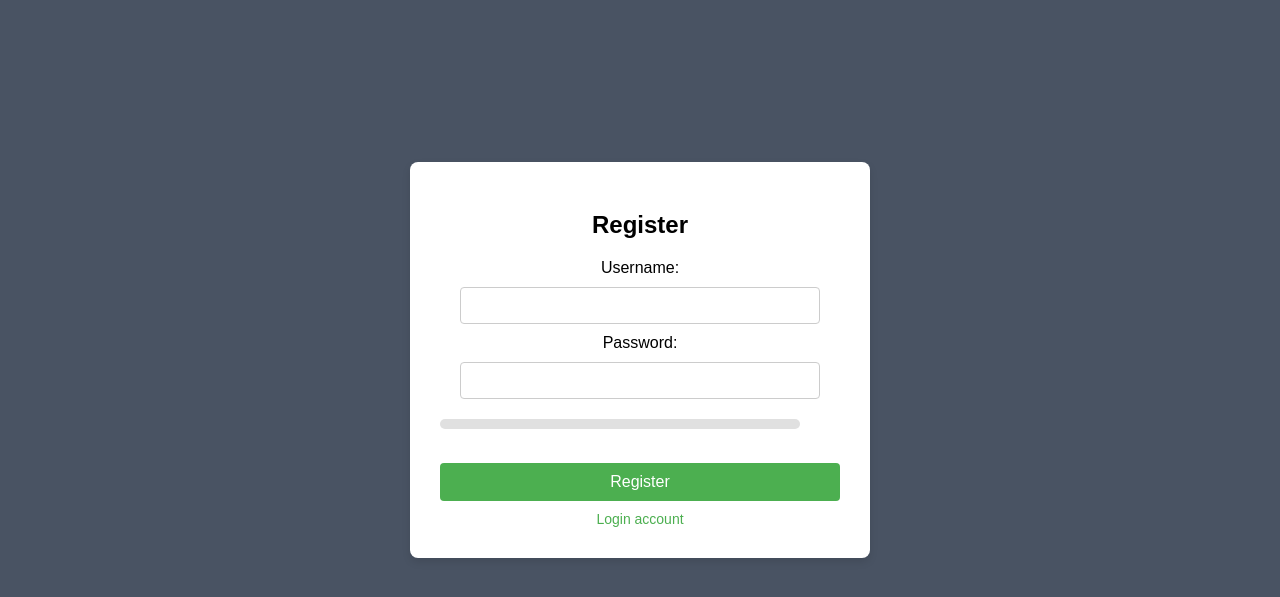
Repository: wolvicjohn/argon2
Page: http://localhost/register.php
The author's editor kept a copy of each file at every save. The page is drawn from the files as they stood at one save, then again after the next save.
The browser window is 1280 px wide. The pictures show the whole page.
The page is run by PHP 8.4 with error messages shown; the project is at /var/www/html/.

Above is the page before, as saved 2024-10-18 01:18:28.

### register.php
<?php
// Database connection
$host = 'localhost';
$db = 'argon2_auth';
$user = 'root';  // or your DB username
$pass = '';      // or your DB password

$dsn = "mysql:host=$host;dbname=$db;charset=utf8mb4";
$options = [
    PDO::ATTR_ERRMODE => PDO::ERRMODE_EXCEPTION,
    PDO::ATTR_DEFAULT_FETCH_MODE => PDO::FETCH_ASSOC,
];

try {
    $pdo = new PDO($dsn, $user, $pass, $options);
} catch (PDOException $e) {
    die("Database connection failed: " . $e->getMessage());
}

if ($_SERVER['REQUEST_METHOD'] === 'POST') {
    $username = $_POST['username'];
    $password = $_POST['password'];

    // Check if the username is already taken
    $stmt = $pdo->prepare('SELECT id FROM users WHERE username = ?');
    $stmt->execute([$username]);
    if ($stmt->fetch()) {
        die('Username is already taken');
    }

    // Hash the password using Argon2
    $passwordHash = password_hash($password, PASSWORD_ARGON2ID);

    // Insert the new user into the database
    $stmt = $pdo->prepare('INSERT INTO users (username, password_hash) VALUES (?, ?)');
    $stmt->execute([$username, $passwordHash]);

    echo "User registered successfully!";
}
?>

<!DOCTYPE html>
<html lang="en">

<head>
    <meta charset="UTF-8">
    <title>Register</title>
    <link rel="stylesheet" href="styles.css">
</head>

<body>

    <div class="container">
        <h2>Register</h2>
        <form action="register.php" method="POST">
            <label for="username">Username:</label><br>
            <input type="text" name="username" id="username" required><br>

            <label for="password">Password:</label><br>
            <input type="password" name="password" id="password" required><br>

            <div class="password-strength">
                <div class="strength-bar" id="strength-bar"></div>
            </div>
            <p id="strength-text"></p><br>

            <button type="submit">Register</button>
            <a href="login.php" class="button">Login account</a>
        </form>
    </div>

    <script>
        const passwordInput = document.getElementById('password');
        const strengthBar = document.getElementById('strength-bar');
        const strengthText = document.getElementById('strength-text');

        passwordInput.addEventListener('input', () => {
            const strength = calculateStrength(passwordInput.value);
            updateStrengthMeter(strength);
        });

        function calculateStrength(password) {
            let strength = 0;

            if (password.length >= 8) strength++;
            if (/[A-Z]/.test(password)) strength++;
            if (/[a-z]/.test(password)) strength++;
            if (/[0-9]/.test(password)) strength++;
            if (/[^A-Za-z0-9]/.test(password)) strength++;

            return strength;
        }

        function updateStrengthMeter(strength) {
            strengthBar.className = '';

            if (strength <= 1) {
                strengthBar.style.width = '20%';
                strengthBar.classList.add('strength-weak');
                strengthText.textContent = 'Weak';
            } else if (strength <= 3) {
                strengthBar.style.width = '60%';
                strengthBar.classList.add('strength-medium');
                strengthText.textContent = 'Medium';
            } else {
                strengthBar.style.width = '100%';
                strengthBar.classList.add('strength-strong');
                strengthText.textContent = 'Strong';
            }
        }
    </script>
</body>

</html>

### styles.css
/* styles.css */

/* Global Styling */
body {
    font-family: 'Arial', sans-serif;
    background-color: #495363;
    margin: 0;
    padding: 0;
    display: flex;
    justify-content: center;
    align-items: center;
    height: 100vh;
}

.container {
    background-color: white;
    padding: 30px;
    border-radius: 8px;
    box-shadow: 0 4px 8px rgba(0, 0, 0, 0.1);
    width: 400px;
    text-align: center;
}

h2 {
    margin-bottom: 20px;
}

input {
    margin: 10px 0;
    padding: 10px;
    width: 90%;
    border: 1px solid #ccc;
    border-radius: 4px;
    box-sizing: border-box;
}

button {
    width: 100%;
    padding: 10px;
    background-color: #4CAF50;
    color: white;
    border: none;
    border-radius: 4px;
    cursor: pointer;
    font-size: 16px;
}

button:hover {
    background-color: #45a049;
}

a.button {
    display: inline-block;
    margin-top: 10px;
    text-decoration: none;
    color: #4CAF50;
    font-size: 14px;
}

a.button:hover {
    text-decoration: underline;
}

/* Password Strength Meter */
.password-strength {
    margin-top: 10px;
    height: 10px;
    width: 90%;
    background-color: #e0e0e0;
    border-radius: 5px;
    overflow: hidden;
}

.strength-bar {
    height: 100%;
    width: 0;
    transition: width 0.3s;
}

.strength-weak {
    background-color: red;
}

.strength-medium {
    background-color: orange;
}

.strength-strong {
    background-color: green;
}

After the next save:
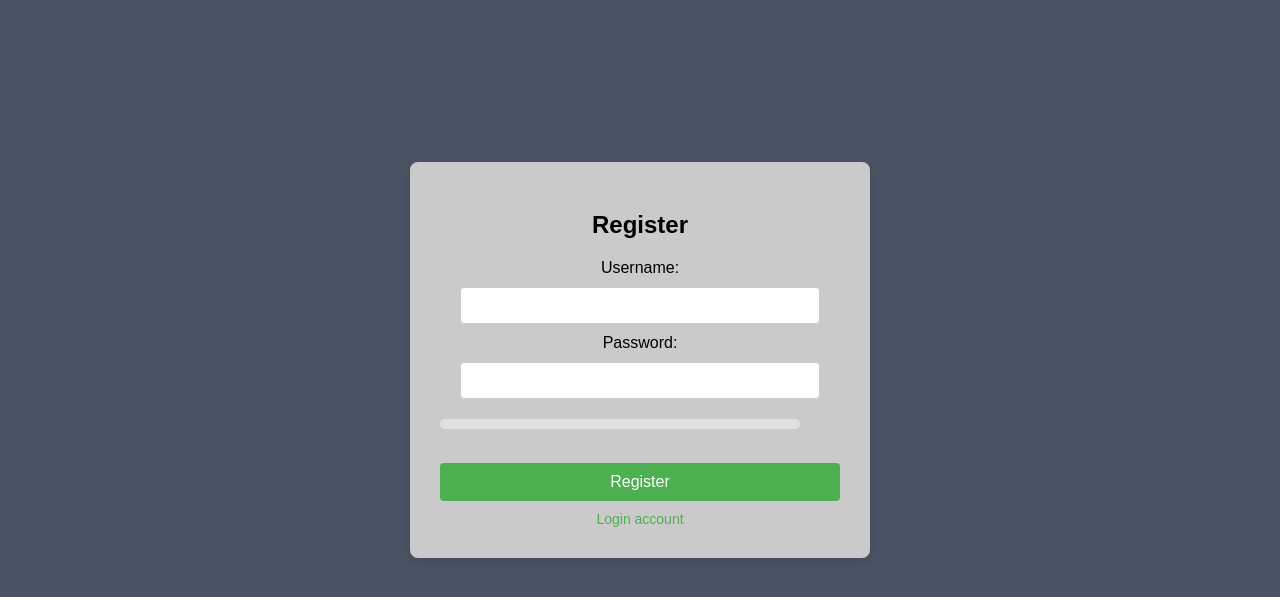
Saved 13 s later.
--- a/styles.css
+++ b/styles.css
@@ -13,7 +13,7 @@
 }
 
 .container {
-    background-color: white;
+    background-color: rgb(202, 202, 202);
     padding: 30px;
     border-radius: 8px;
     box-shadow: 0 4px 8px rgba(0, 0, 0, 0.1);

After the save that followed:
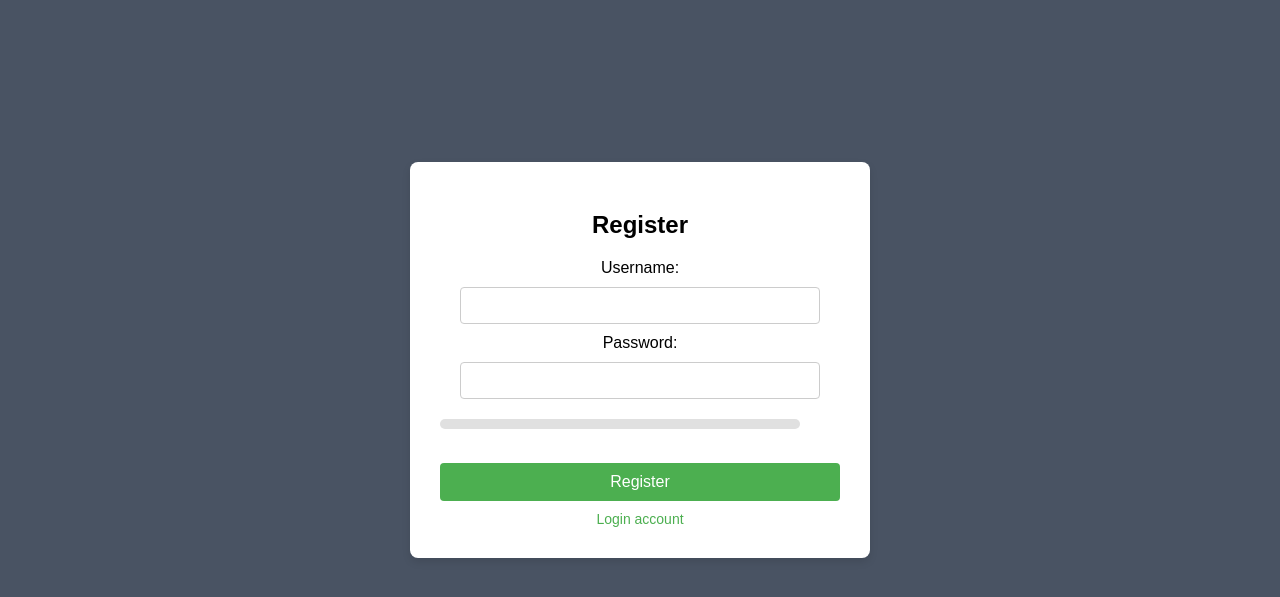
Saved 7 s later.
--- a/styles.css
+++ b/styles.css
@@ -13,7 +13,7 @@
 }
 
 .container {
-    background-color: rgb(202, 202, 202);
+    background-color: white;
     padding: 30px;
     border-radius: 8px;
     box-shadow: 0 4px 8px rgba(0, 0, 0, 0.1);
